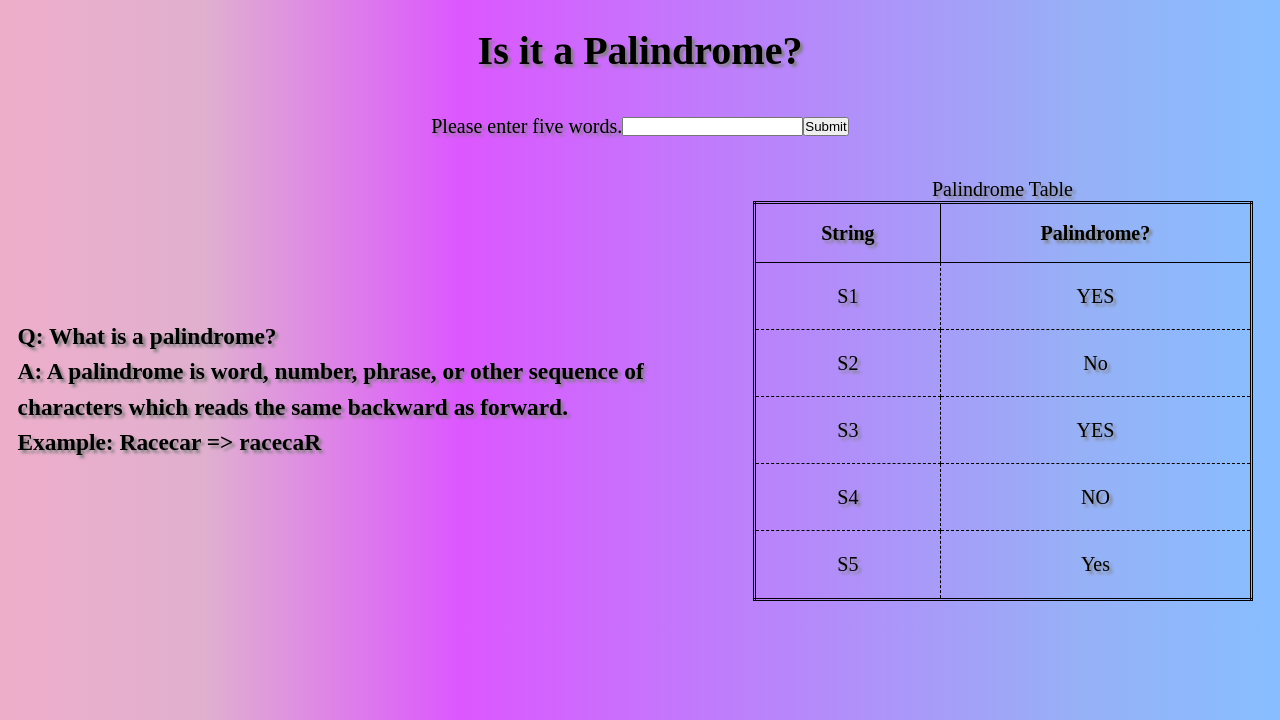
Repository: mlmEFSC21/P18-Palindrome-Table
Page: palindrome.html
The author's editor kept a copy of each file at every save. The page is drawn from the files as they stood at one save, then again after the next save.
The browser window is 1280 px wide. The pictures show the whole page.

Above is the page before, as saved 2022-04-03 18:28:42.

### palindrome.html
<!DOCTYPE html>
<html lang="en">
    <head>
        <meta charset="UTF-8" />
        <meta http-equiv="X-UA-Compatible" content="IE=edge" />
        <meta name="viewport" content="width=device-width, initial-scale=1.0" />
        <link rel="stylesheet" href="palindrome.css" />
        <script defer src="palindrome.js"></script>
        <title>Palindrome Table</title>
    </head>
    <body>
        <header class="mainHeader">
            <h1>Is it a Palindrome?</h1>
        </header>
        <div class="mainContent">
            <div class="formContainer" id="formContainer">
                <form class="palindromeForm" id="palindromeForm">
                    <label for="stringInput">Please enter five words.</label>
                    <input
                        type="text"
                        name="stringInput"
                        class="stringInput"
                        id="stringInput"
                        required
                    />
                    <button type="submit" class="submit-btn" id="submit-btn">Submit</button>
                </form>
            </div>
            <div class="tableContainer" id="tableContainer">
                <div class="definition">
                    <h3>
                        <p>Q: What is a palindrome?</p>
                        <p>
                            A: A palindrome is word, number, phrase, or other sequence of characters
                            which reads the same backward as forward.
                        </p>
                        <p>Example: Racecar => racecaR</p>
                    </h3>
                </div>
                <table>
                    <caption>
                        Palindrome Table
                    </caption>
                    <thead>
                        <tr>
                            <th>String</th>
                            <th>Palindrome?</th>
                        </tr>
                    </thead>
                    <tbody>
                        <tr>
                            <td class="string">S1</td>
                            <td class="yes-no">YES</td>
                        </tr>
                        <tr>
                            <td class="string">S2</td>
                            <td class="yes-no">No</td>
                        </tr>
                        <tr>
                            <td class="string">S3</td>
                            <td class="yes-no">YES</td>
                        </tr>
                        <tr>
                            <td class="string">S4</td>
                            <td class="yes-no">NO</td>
                        </tr>
                        <tr>
                            <td class="string">S5</td>
                            <td class="yes-no">Yes</td>
                        </tr>
                    </tbody>
                </table>
            </div>
        </div>
    </body>
</html>

### palindrome.css
*,
*::after,
*::before {
    box-sizing: border-box;
    margin: 0;
    padding: 0;
}
body {
    text-shadow: 3px 3px 3px gray;
    font-size: 1.25rem;
    background: rgb(238, 174, 202);
    background: linear-gradient(
        90deg,
        rgba(238, 174, 202, 1) 0%,
        rgba(224, 176, 207, 1) 16%,
        rgba(220, 87, 255, 1) 36%,
        rgba(151, 176, 246, 1) 84%,
        rgba(135, 190, 255, 1) 100%
    );
}
header {
    display: flex;
    align-items: center;
    justify-content: center;
    height: 100px;
}
.mainContent {
    display: flex;
    flex-wrap: wrap;
}
.formContainer {
    width: 100vw;
    margin: 10px, auto;
    padding: 15px;
}
form {
    display: flex;
    justify-content: center;
    align-items: center;
}
.tableContainer {
    display: flex;
    justify-content: space-around;
    align-items: space-around;
    padding: 15px;
}
.definition {
    justify-self: center;
    align-self: center;
    flex-wrap: wrap;
    flex-basis: 720px;
    line-height: 1.5;
}
table {
    border-collapse: collapse;
    border: 3px double black;
    margin: 10px;
    padding: 10px;
    width: 500px;
    height: 400px;
    text-align: center;
}
th {
    height: 60px;
    border: 1px solid black;
    padding: 15px;
}
tr,
td {
    height: 30px;
    border: 1px dashed black;
    padding: 10px;
}

Loaded but not shown: palindrome.js (no stored copy; drawn as an empty file)

After the next save:
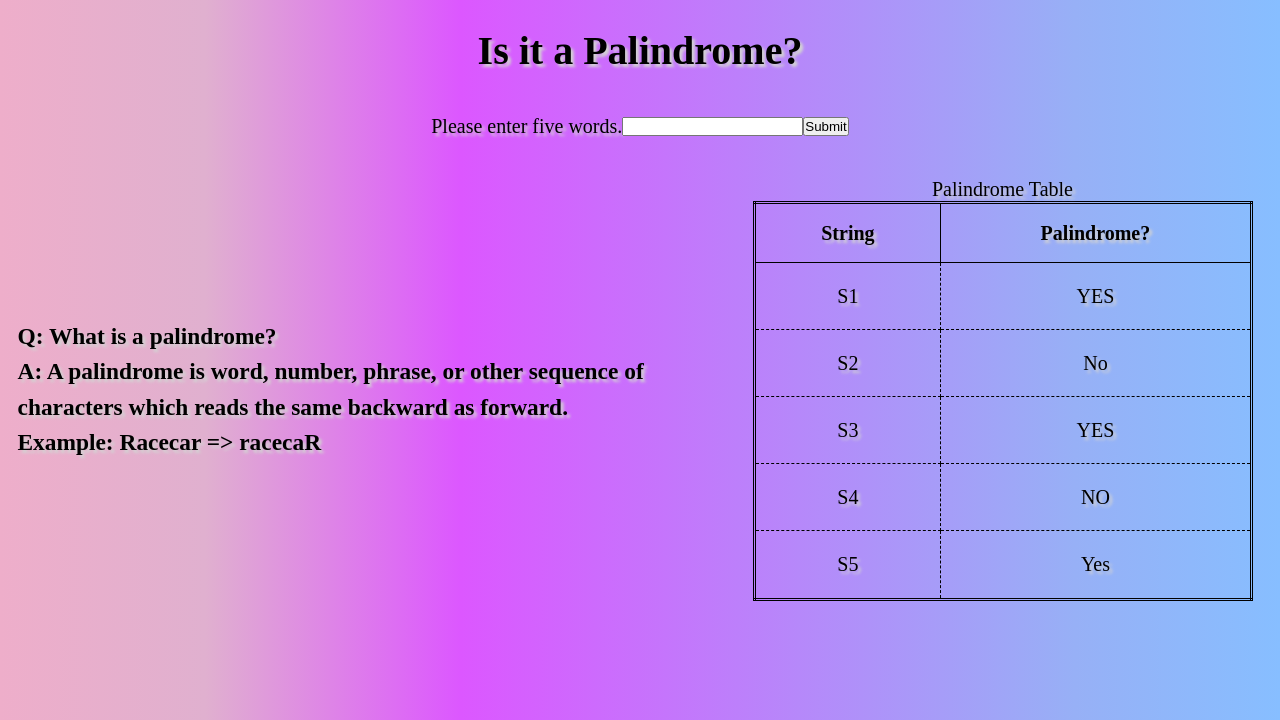
Saved 5 s later.
--- a/palindrome.css
+++ b/palindrome.css
@@ -6,7 +6,7 @@
     padding: 0;
 }
 body {
-    text-shadow: 3px 3px 3px gray;
+    text-shadow: 3px 3px 3px lightgray;
     font-size: 1.25rem;
     background: rgb(238, 174, 202);
     background: linear-gradient(

After the save that followed:
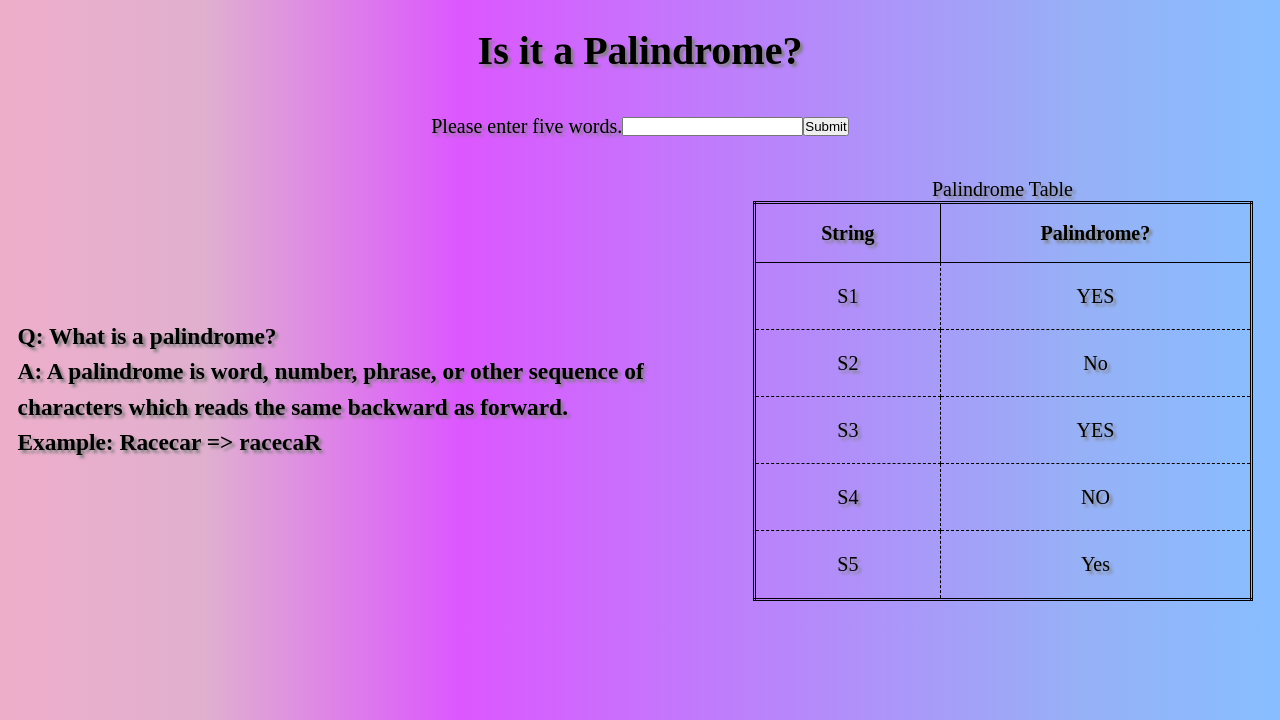
Saved 8 s later.
--- a/palindrome.css
+++ b/palindrome.css
@@ -6,7 +6,7 @@
     padding: 0;
 }
 body {
-    text-shadow: 3px 3px 3px lightgray;
+    text-shadow: 3px 3px 3px gray;
     font-size: 1.25rem;
     background: rgb(238, 174, 202);
     background: linear-gradient(
